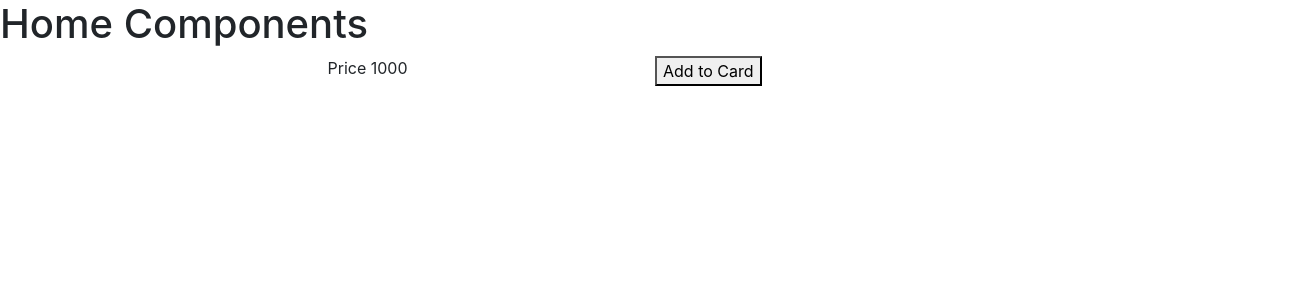
Repository: lalji-yadav/Redux-add-and-remove-item-in-cart-and-HOC-Example-
Page: /
The author's editor kept a copy of each file at every save. The page is drawn from the files as they stood at one save, then again after the next save.
The browser window is 1280 px wide. The page is 1295 px wide, so the pictures cover 1295 px, including what lies to the right of the window. The pictures show the whole page.
The project was rebuilt for these pictures with package versions that can differ from the ones it lists, and the page was loaded fresh each time.

Above is the page before, as saved 2021-01-15 17:16:00.

After the next save:
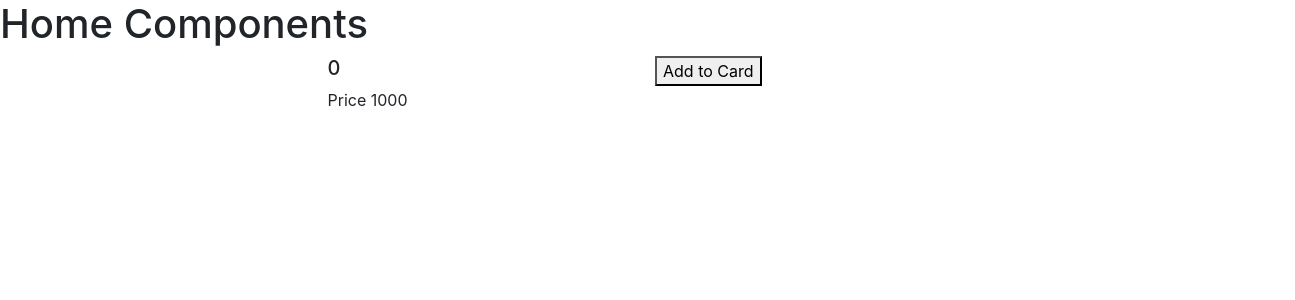
Saved 118 s later.
--- a/src/components/home.js
+++ b/src/components/home.js
@@ -15,6 +15,8 @@ function Home(props) {
                     </div>
 
                     <div className="col-sm-3">
+
+                        <h5> {props.data.length} </h5>
 
                         <p>Price 1000</p>
 
